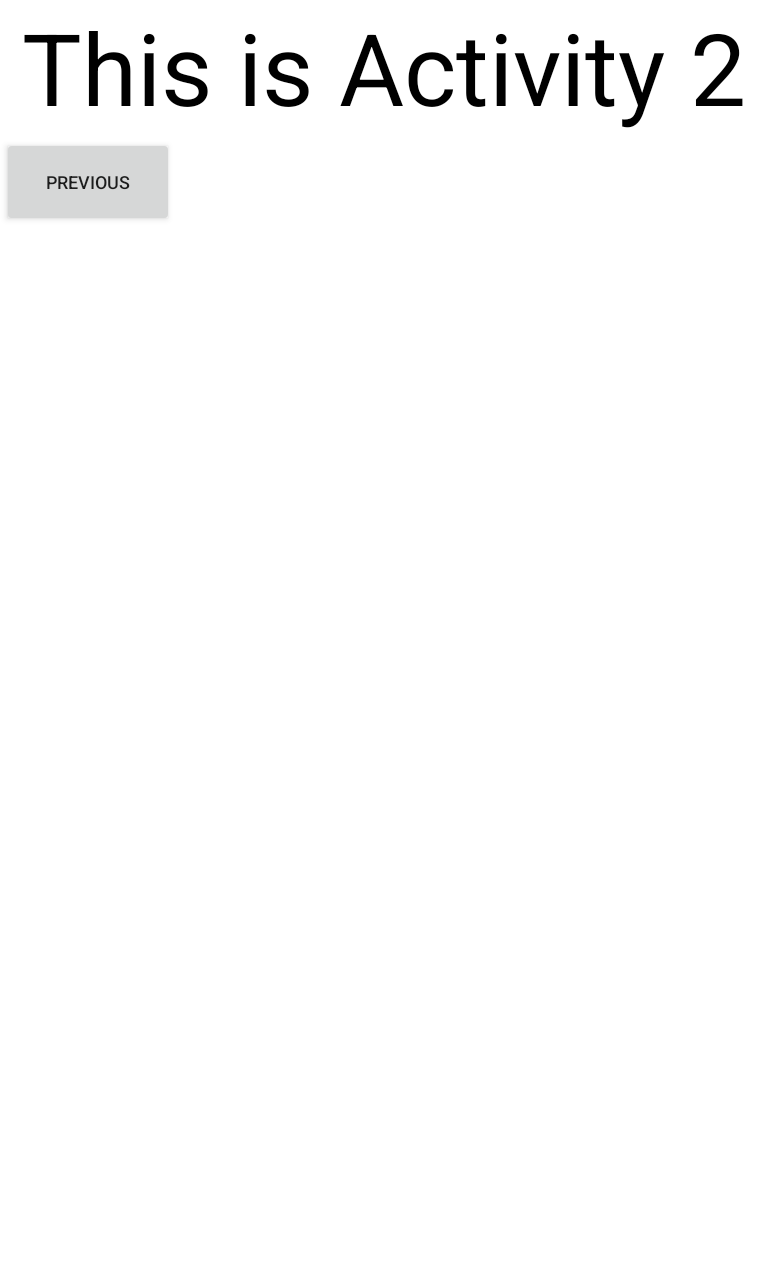
Repository: Stamenov96/NeuralNetowork
Layout: DigitRecognition/res/layout/about.xml
These files come from the project's save history. The layout is drawn as it stood at one moment and after the next save; the edit follows.
It is drawn on a 768 x 1280 px phone screen (xhdpi) without system bars, with theme AppTheme; the app's code is not run.

Above is the layout before, as saved 2015-02-13 15:23:39.

After the next save:
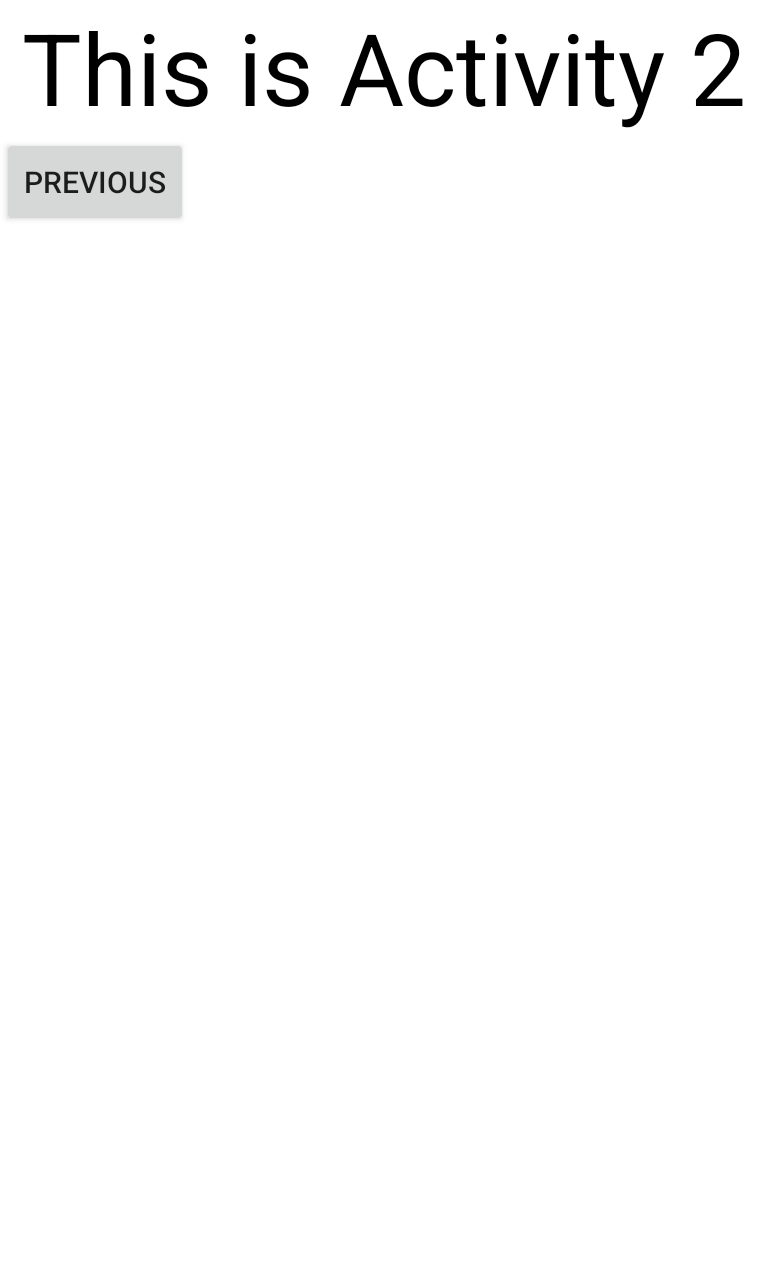
Saved 13 s later.
--- a/DigitRecognition/res/layout/about.xml
+++ b/DigitRecognition/res/layout/about.xml
@@ -18,7 +18,6 @@
    android:layout_width="wrap_content"
     android:layout_height="wrap_content"
         android:text="Previous"
-
-        android:textSize="18px" />
+        android:textSize="30px" />
 
 </LinearLayout>
